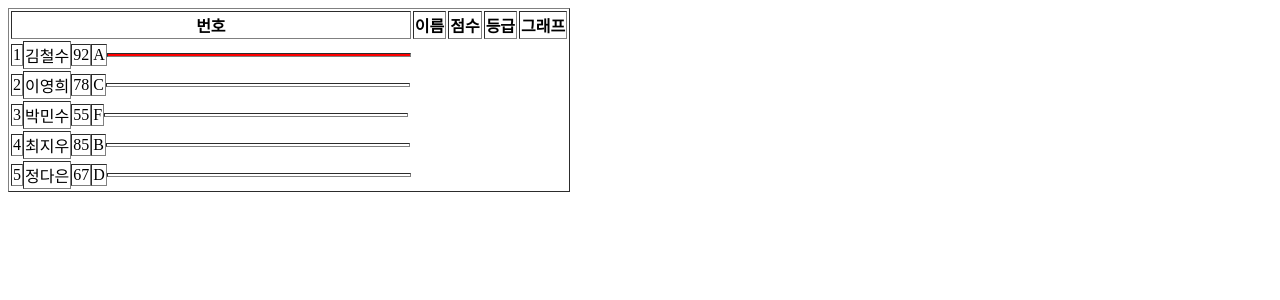
Repository: kkj68106810-dot/jsp2026
Page: http://localhost/chapter01/example_score.jsp
These files come from the project's save history. The page is drawn as it stood at one moment and after a run of saves; the edit follows.
The browser window is 1280 px wide. The pictures show the whole page.
The page is served by Tomcat 9.

Above is the page before, as saved 2026-10-16 05:11:22.

After the next 2 saves:
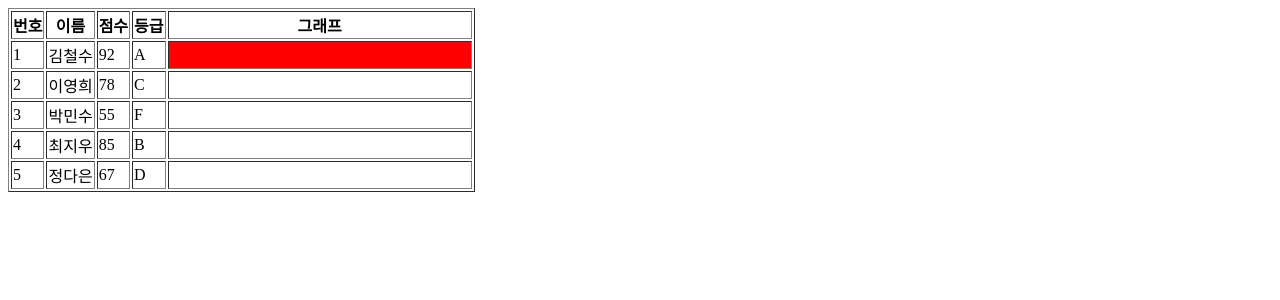
The 2 saves are shown as one change because they came seconds apart.
The last was saved 9 s later.
--- a/chapter01/src/main/webapp/example_score.jsp
+++ b/chapter01/src/main/webapp/example_score.jsp
@@ -7,7 +7,7 @@
 <title>Insert title here</title>
 <style>
 	tr td{
-		display: inline-block
+
 	}
 	.score.A{
 		width: 100%;
